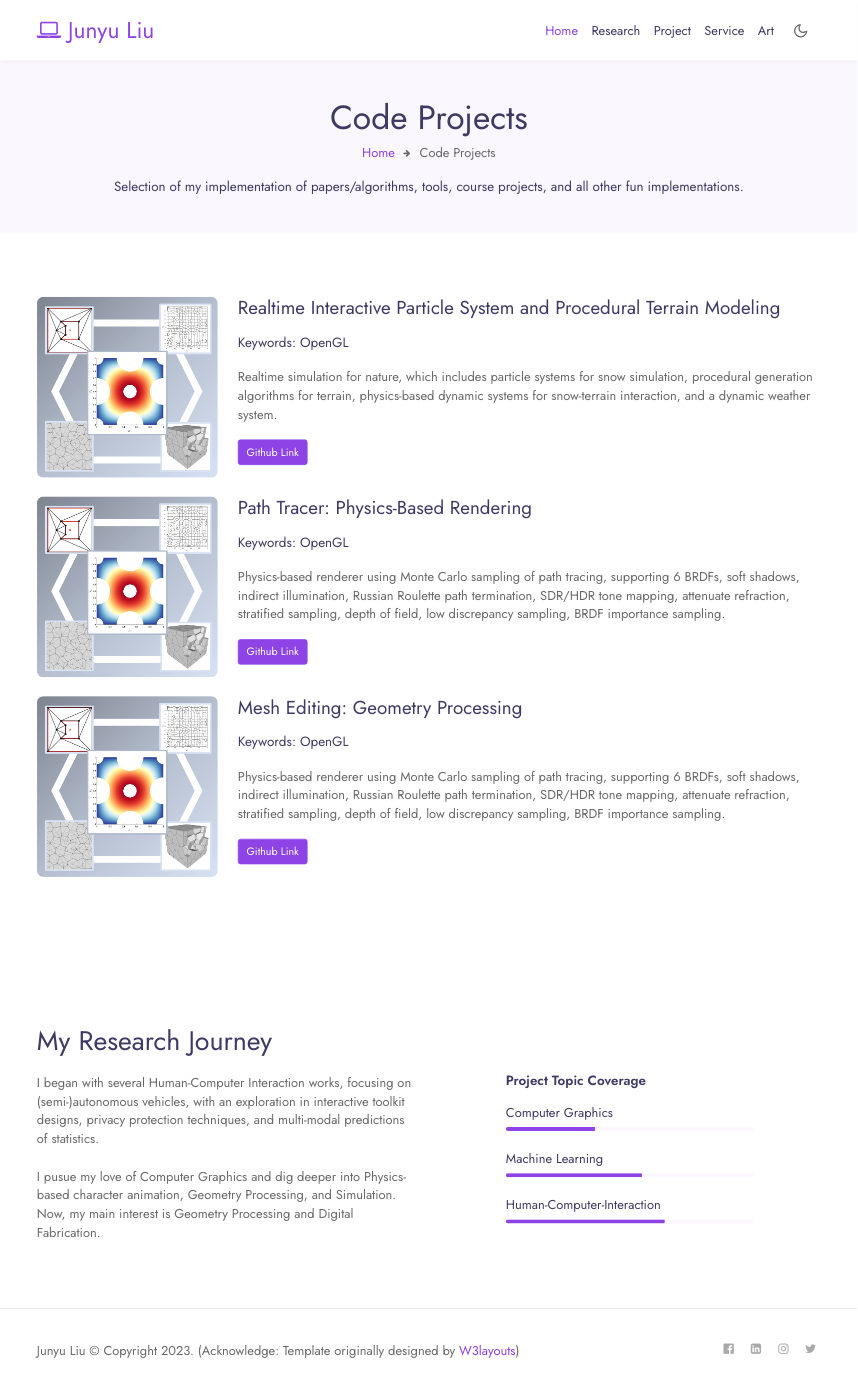
Repository: Junyu-Liu-Nate/junyu-liu-nate.github.io
Page: project.html
An editor plug-in stored every save of this project. The page is shown before and after the next save, followed by the edit.
The browser window is 1280 px wide. The pictures show the whole page, at 67% of full size.

Above is the page before, as saved 2024-04-10 19:01:02.
Console error: TypeError: Cannot read properties of null (reading 'classList')

### project.html
<!--
Author: Junyu Liu
Author: W3layouts
Author URL: http://w3layouts.com
-->
<!doctype html>
<html lang="en">

<head>
  <!-- Required meta tags -->
  <meta charset="utf-8">
  <meta name="viewport" content="width=device-width, initial-scale=1, shrink-to-fit=no">

  <title>Junyu Liu - Projects</title>

  <!-- google fonts -->
  <link href="//fonts.googleapis.com/css2?family=Jost:wght@300;400;600&display=swap" rel="stylesheet">

  <!-- Template CSS -->
  <link rel="stylesheet" href="assets/css/style-starter.css">
</head>

<body>
<!-- header -->
<header id="site-header" class="fixed-top">
  <div class="container">
      <nav class="navbar navbar-expand-lg stroke">
          <a class="navbar-brand" href="index.html">
              <span class="fa fa-laptop"></span> Junyu Liu
          </a>
          <!-- if logo is image enable this
      <a class="navbar-brand" href="#index.html">
          <img src="image-path" alt="Your logo" title="Your logo" style="height:35px;" />
      </a> -->
          <button class="navbar-toggler  collapsed bg-gradient" type="button" data-toggle="collapse"
              data-target="#navbarTogglerDemo02" aria-controls="navbarTogglerDemo02" aria-expanded="false"
              aria-label="Toggle navigation">
              <span class="navbar-toggler-icon fa icon-expand fa-bars"></span>
              <span class="navbar-toggler-icon fa icon-close fa-times"></span>
              </span>
          </button>

          <div class="collapse navbar-collapse" id="navbarTogglerDemo02">
            <ul class="navbar-nav ml-auto">
                <li class="nav-item active">
                    <a class="nav-link" href="index.html">Home <span class="sr-only">(current)</span></a>
                </li>
                <li class="nav-item @@research_active">
                    <a class="nav-link" href="research.html">Research</a>
                </li>
                <li class="nav-item @@project_active">
                  <a class="nav-link" href="project.html">Project</a>
                </li>
                <li class="nav-item @@service_active">
                  <a class="nav-link" href="service.html">Service</a>
                </li>
                <li class="nav-item @@art_active">
                    <a class="nav-link" href="art.html">Art</a>
                </li>
            </ul>
        </div>
          <!-- toggle switch for light and dark theme -->
          <div class="mobile-position">
              <nav class="navigation">
                  <div class="theme-switch-wrapper">
                      <label class="theme-switch" for="checkbox">
                          <input type="checkbox" id="checkbox">
                          <div class="mode-container">
                              <i class="gg-sun"></i>
                              <i class="gg-moon"></i>
                          </div>
                      </label>
                  </div>
              </nav>
          </div>
          <!-- //toggle switch for light and dark theme -->
      </nav>
  </div>
</header>
<!-- //header -->

<!-- about breadcrumb -->
<section class="w3l-about-breadcrumb text-center">
    <div class="breadcrumb-bg breadcrumb-bg-about py-sm-5 py-4">
        <div class="container py-2">
            <h2 class="title">Code Projects</h2>
            <ul class="breadcrumbs-custom-path mt-2">
                <li><a href="index.html">Home</a></li>
                <li class="active"><span class="fa fa-arrow-right mx-2" aria-hidden="true"></span> Code Projects </li>
            </ul>
            <br>
            <h5>Selection of my implementation of papers/algorithms, tools, course projects, and all other fun implementations.</h5>
        </div>
    </div>
</section>
<!-- //about breadcrumb -->

<!-- about page about section -->
<section class="w3l-aboutblock1" id="about">
    <div class="midd-w3 py-5">
        <div class="container py-lg-5 py-md-3">
              <div class="row">
                <div class="col-lg-3">
                  <div class="position-relative">
                      <img src="assets/images/project/thumnail/port-FEM-vs-VEM.png" alt="" class="radius-image img-fluid">
                  </div>
                </div>
                <div class="col-lg-9 mt-lg-0 mt-5">
                    <!-- <h5 class="title-small mb-2">Hello, I am UI/UX Designer</h5> -->
                    <h3 class="title">Realtime Interactive Particle System and Procedural Terrain Modeling</h3>
                    <br>
                    <h5>Keywords: OpenGL</h5>
                    <br>
                    <p>
                      Realtime simulation for nature, which includes particle systems for snow simulation, procedural generation algorithms for terrain, physics-based dynamic systems for snow-terrain interaction, and a dynamic weather system.
                    </p>
                    <br>
                    <div>
                      <a href="https://github.com/Junyu-Liu-Nate/Realtime-Interactive-Particle-System-Procedural-Modeling-OpenGL" class="btn btn-primary">Github Link</a>
                    </div>
                </div>
            </div>

            <p><br></p>

            <div class="row">
              <div class="col-lg-3">
                <div class="position-relative">
                    <img src="assets/images/project/thumnail/port-FEM-vs-VEM.png" alt="" class="radius-image img-fluid">
                </div>
              </div>
              <div class="col-lg-9 mt-lg-0 mt-5">
                  <!-- <h5 class="title-small mb-2">Hello, I am UI/UX Designer</h5> -->
                  <h3 class="title">Path Tracer: Physics-Based Rendering</h3>
                  <br>
                  <h5>Keywords: OpenGL</h5>
                  <br>
                  <p>
                    Physics-based renderer using Monte Carlo sampling of path tracing, supporting 6 BRDFs, soft shadows, indirect illumination, Russian Roulette path termination, SDR/HDR tone mapping, attenuate refraction, stratified sampling, depth of field, low discrepancy sampling, BRDF importance sampling.
                  </p>
                  <br>
                  <div>
                    <a href="https://github.com/Junyu-Liu-Nate/Path-Tracer-Physics-Based-Rendering" class="btn btn-primary">Github Link</a>
                  </div>
              </div>
            </div>

            <p><br></p>

            <div class="row">
              <div class="col-lg-3">
                <div class="position-relative">
                    <img src="assets/images/project/thumnail/port-FEM-vs-VEM.png" alt="" class="radius-image img-fluid">
                </div>
              </div>
              <div class="col-lg-9 mt-lg-0 mt-5">
                  <!-- <h5 class="title-small mb-2">Hello, I am UI/UX Designer</h5> -->
                  <h3 class="title">Mesh Editing: Geometry Processing</h3>
                  <br>
                  <h5>Keywords: OpenGL</h5>
                  <br>
                  <p>
                    Physics-based renderer using Monte Carlo sampling of path tracing, supporting 6 BRDFs, soft shadows, indirect illumination, Russian Roulette path termination, SDR/HDR tone mapping, attenuate refraction, stratified sampling, depth of field, low discrepancy sampling, BRDF importance sampling.
                  </p>
                  <br>
                  <div>
                    <a href="https://github.com/Junyu-Liu-Nate/Path-Tracer-Physics-Based-Rendering" class="btn btn-primary">Github Link</a>
                  </div>
              </div>
            </div>

            <p><br></p>
        </div>

    </div>
    </div>
    </div>
</section>
<!-- //about page about section -->

<!-- about page third section -->
<section class="w3l-content-6 py-5">
    <div class="content-6-mian py-lg-5 py-md-4">
        <div class="container">
            <div class="content-info-in row">
                <div class="content-gd col-lg-6">
                    <h3 class="title-big mb-4">My Research Journey</h3>
                    <p>
                      I began with several Human-Computer Interaction works, focusing on (semi-)autonomous vehicles, with an exploration in interactive toolkit designs, privacy protection techniques, and multi-modal predictions of statistics.
                      <br><br>

                      I pusue my love of Computer Graphics and dig deeper into Physics-based character animation, Geometry Processing, and Simulation. Now, my main interest is Geometry Processing and Digital Fabrication.
                    </p>
                </div>
                <div class="content-gd col-lg-4 offset-lg-1">
                    <br><br><br>
                    <h5><b>Project Topic Coverage</b></h5><br>
                    <div class="progress-info">
                        <h6 class="progress-tittle">Computer Graphics</h6>
                        <div class="progress">
                            <div class="progress-bar progress-bar-striped" role="progressbar" style="width: 36%"
                                aria-valuenow="36" aria-valuemin="0" aria-valuemax="100">
                            </div>
                        </div>
                    </div>
                    <div class="progress-info">
                        <h6 class="progress-tittle">Machine Learning
                        </h6>
                        <div class="progress">
                            <div class="progress-bar progress-bar-striped" role="progressbar" style="width: 55%"
                                aria-valuenow="55" aria-valuemin="0" aria-valuemax="100">
                            </div>
                        </div>
                    </div>
                    <div class="progress-info">
                        <h6 class="progress-tittle">Human-Computer-Interaction</h6>
                        <div class="progress">
                            <div class="progress-bar progress-bar-striped" role="progressbar" style="width: 64%"
                                aria-valuenow="64" aria-valuemin="0" aria-valuemax="100">
                            </div>
                        </div>
                    </div>
                </div>
            </div>
        </div>
    </div>
</section>
<!-- about page third section -->

<!-- Footer -->
<section class="w3l-footer py-sm-5 py-4">
  <div class="container">
    <div class="footer-content">
      <div class="row">
        <div class="col-lg-8 footer-left">
          <p class="m-0">Junyu Liu © Copyright 2023. (Acknowledge: Template originally designed by <a href="https://w3layouts.com">W3layouts</a>)</p>
        </div>
        <div class="col-lg-4 footer-right text-lg-right text-center mt-lg-0 mt-3">
          <ul class="social m-0 p-0">
            <li><a href="#facebook"><span class="fa fa-facebook-official"></span></a></li>
            <li><a href="#linkedin"><span class="fa fa-linkedin-square"></span></a></li>
            <li><a href="#instagram"><span class="fa fa-instagram"></span></a></li>
            <li><a href="#twitter"><span class="fa fa-twitter"></span></a></li>
          </ul>
        </div>
      </div>
    </div>
  </div>

  <!-- move top -->
  <button onclick="topFunction()" id="movetop" title="Go to top">
    <span class="fa fa-angle-up"></span>
  </button>
  <script>
    // When the user scrolls down 20px from the top of the document, show the button
    window.onscroll = function () {
      scrollFunction()
    };

    function scrollFunction() {
      if (document.body.scrollTop > 20 || document.documentElement.scrollTop > 20) {
        document.getElementById("movetop").style.display = "block";
      } else {
        document.getElementById("movetop").style.display = "none";
      }
    }

    // When the user clicks on the button, scroll to the top of the document
    function topFunction() {
      document.body.scrollTop = 0;
      document.documentElement.scrollTop = 0;
    }
  </script>
  <!-- /move top -->
</section>
<!-- //Footer -->

<!-- all js scripts and files here -->

<script src="assets/js/theme-change.js"></script><!-- theme switch js (light and dark)-->

<script src="assets/js/jquery-3.3.1.min.js"></script><!-- default jQuery -->

<!-- /typig-text-->
<script>
  const typedTextSpan = document.querySelector(".typed-text");
  const cursorSpan = document.querySelector(".cursor");

  const textArray = ["UI/UX Designer", "Freelancer", "Web developer"];
  const typingDelay = 200;
  const erasingDelay = 10;
  const newTextDelay = 100; // Delay between current and next text
  let textArrayIndex = 0;
  let charIndex = 0;

  function type() {
    if (charIndex < textArray[textArrayIndex].length) {
      if (!cursorSpan.classList.contains("typing")) cursorSpan.classList.add("typing");
      typedTextSpan.textContent += textArray[textArrayIndex].charAt(charIndex);
      charIndex++;
      setTimeout(type, typingDelay);
    } else {
      cursorSpan.classList.remove("typing");
      setTimeout(erase, newTextDelay);
    }
  }

  function erase() {
    if (charIndex > 0) {
      // add class 'typing' if there's none
      if (!cursorSpan.classList.contains("typing")) {
        cursorSpan.classList.add("typing");
      }
      typedTextSpan.textContent = textArray[textArrayIndex].substring(0, 0);
      charIndex--;
      setTimeout(erase, erasingDelay);
    } else {
      cursorSpan.classList.remove("typing");
      textArrayIndex++;
      if (textArrayIndex >= textArray.length) textArrayIndex = 0;
      setTimeout(type, typingDelay);
    }
  }

  document.addEventListener("DOMContentLoaded", function () { // On DOM Load initiate the effect
    if (textArray.length) setTimeout(type, newTextDelay + 250);
  });
</script>
<!-- //typig-text-->

<!-- services owlcarousel -->
<script src="assets/js/owl.carousel.js"></script>

<!-- script for services -->
<script>
  $(document).ready(function () {
    $('.owl-two').owlCarousel({
      loop: true,
      margin: 30,
      nav: false,
      responsiveClass: true,
      autoplay: false,
      autoplayTimeout: 5000,
      autoplaySpeed: 1000,
      autoplayHoverPause: false,
      responsive: {
        0: {
          items: 1,
          nav: false
        },
        480: {
          items: 1,
          nav: false
        },
        700: {
          items: 1,
          nav: false
        },
        1090: {
          items: 3,
          nav: false
        }
      }
    })
  })
</script>
<!-- //script for services -->

<!-- script for tesimonials carousel slider -->
<script>
  $(document).ready(function () {
    $("#owl-demo1").owlCarousel({
      loop: true,
      margin: 20,
      nav: false,
      responsiveClass: true,
      responsive: {
        0: {
          items: 1,
          nav: false
        },
        736: {
          items: 1,
          nav: false
        },
        1000: {
          items: 2,
          nav: false,
          loop: false
        }
      }
    })
  })
</script>
<!-- //script for tesimonials carousel slider -->

<!-- video popup -->
<script src="assets/js/jquery.magnific-popup.min.js"></script>
<script>
  $(document).ready(function () {
    $('.popup-with-zoom-anim').magnificPopup({
      type: 'inline',

      fixedContentPos: false,
      fixedBgPos: true,

      overflowY: 'auto',

      closeBtnInside: true,
      preloader: false,

      midClick: true,
      removalDelay: 300,
      mainClass: 'my-mfp-zoom-in'
    });

    $('.popup-with-move-anim').magnificPopup({
      type: 'inline',

      fixedContentPos: false,
      fixedBgPos: true,

      overflowY: 'auto',

      closeBtnInside: true,
      preloader: false,

      midClick: true,
      removalDelay: 300,
      mainClass: 'my-mfp-slide-bottom'
    });
  });
</script>
<!-- //video popup -->

<!-- stats number counter-->
<script src="assets/js/jquery.waypoints.min.js"></script>
<script src="assets/js/jquery.countup.js"></script>
<script>
  $('.counter').countUp();
</script>
<!-- //stats number counter -->

<!-- disable body scroll which navbar is in active -->
<script>
  $(function () {
    $('.navbar-toggler').click(function () {
      $('body').toggleClass('noscroll');
    })
  });
</script>
<!-- disable body scroll which navbar is in active -->

<!--/MENU-JS-->
<script>
  $(window).on("scroll", function () {
    var scroll = $(window).scrollTop();

    if (scroll >= 80) {
      $("#site-header").addClass("nav-fixed");
    } else {
      $("#site-header").removeClass("nav-fixed");
    }
  });

  //Main navigation Active Class Add Remove
  $(".navbar-toggler").on("click", function () {
    $("header").toggleClass("active");
  });
  $(document).on("ready", function () {
    if ($(window).width() > 991) {
      $("header").removeClass("active");
    }
    $(window).on("resize", function () {
      if ($(window).width() > 991) {
        $("header").removeClass("active");
      }
    });
  });
</script>
<!--//MENU-JS-->

<!-- bootstrap js -->
<script src="assets/js/bootstrap.min.js"></script>

</body>

</html>

Loaded but not shown: assets/css/style-starter.css (library); assets/js/theme-change.js (common file); assets/js/jquery-3.3.1.min.js (library); assets/js/owl.carousel.js (library); assets/js/jquery.magnific-popup.min.js (library); assets/js/jquery.waypoints.min.js (library); assets/js/jquery.countup.js (common file); assets/js/bootstrap.min.js (library)

After the next save:
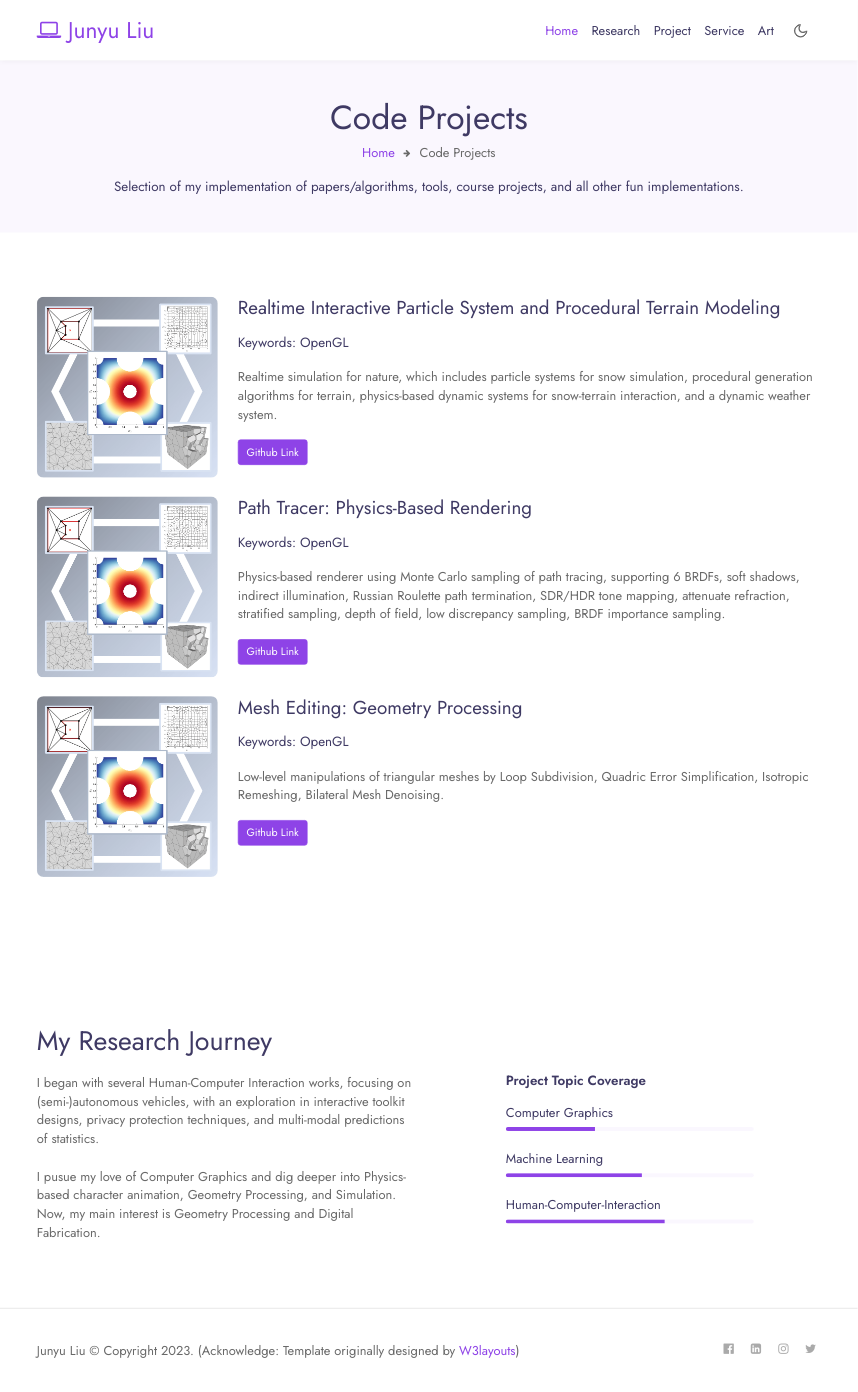
Saved 24 s later.
--- a/project.html
+++ b/project.html
@@ -160,7 +160,7 @@ Author URL: http://w3layouts.com
                   <h5>Keywords: OpenGL</h5>
                   <br>
                   <p>
-                    Physics-based renderer using Monte Carlo sampling of path tracing, supporting 6 BRDFs, soft shadows, indirect illumination, Russian Roulette path termination, SDR/HDR tone mapping, attenuate refraction, stratified sampling, depth of field, low discrepancy sampling, BRDF importance sampling.
+                    Low-level manipulations of triangular meshes by Loop Subdivision, Quadric Error Simplification, Isotropic Remeshing, Bilateral Mesh Denoising.
                   </p>
                   <br>
                   <div>
